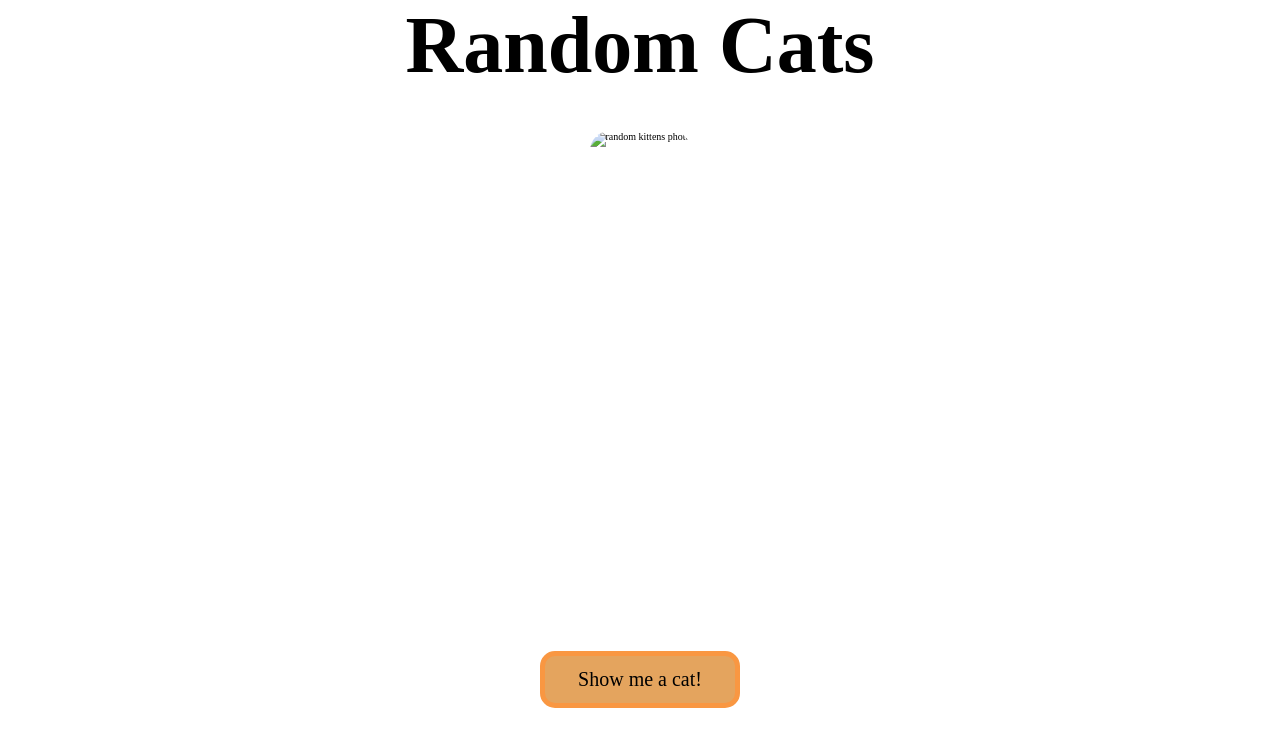
Repository: elto82/ConsumoAPIRESTjs
Page: index.html
These files come from the project's save history. The page is drawn as it stood at one moment and after the next save; the edit follows.
The browser window is 1280 px wide. The pictures show the whole page.
The page's requests for data from a server got no answer.

Above is the page before, as saved 2022-07-02 17:32:34.
Console error: ReferenceError: myCat is not defined

After the next save:
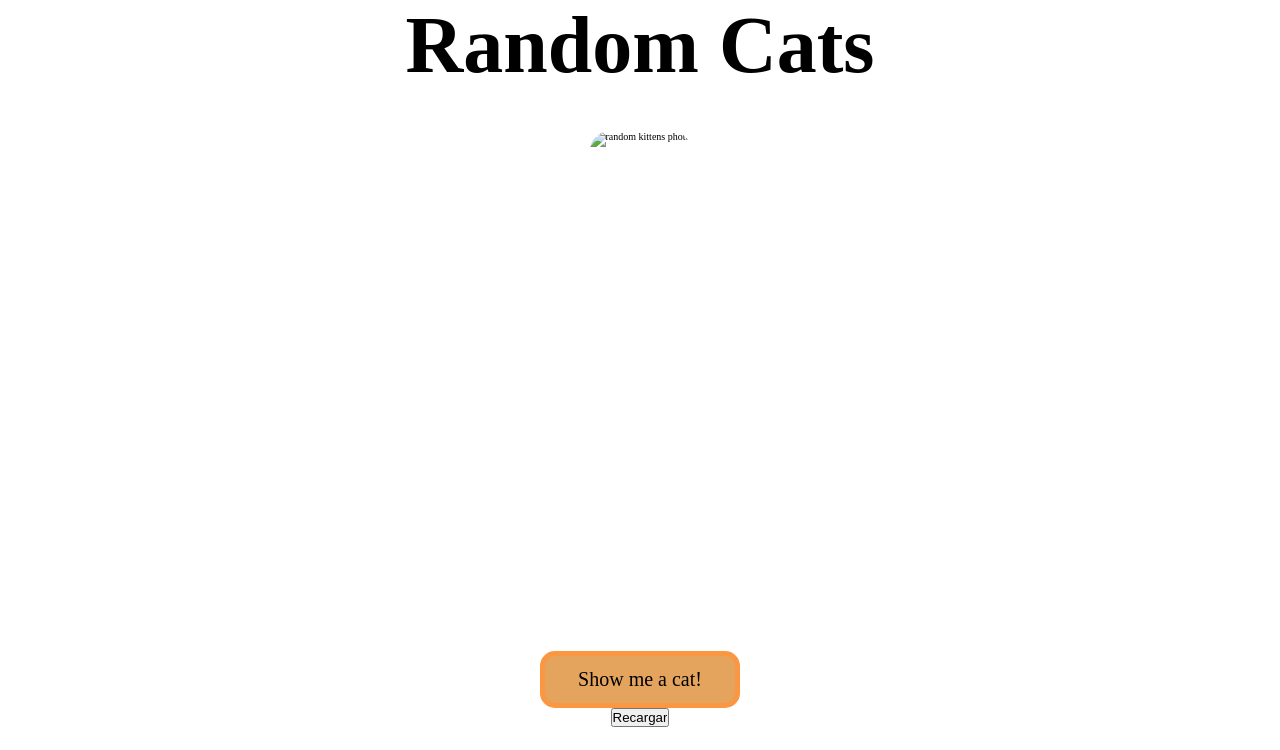
Saved 5 min 34 s later.
--- a/index.html
+++ b/index.html
@@ -16,6 +16,7 @@
   <section class="container">
     <img alt="random kittens photo" class="image">
     <button type="button" class="random-cat-button"> Show me a cat!</button>
+    <input type="button" value="Recargar" onclick="location.reload()">
   </section>
   <script src="./main.js"></script>
 </body>
